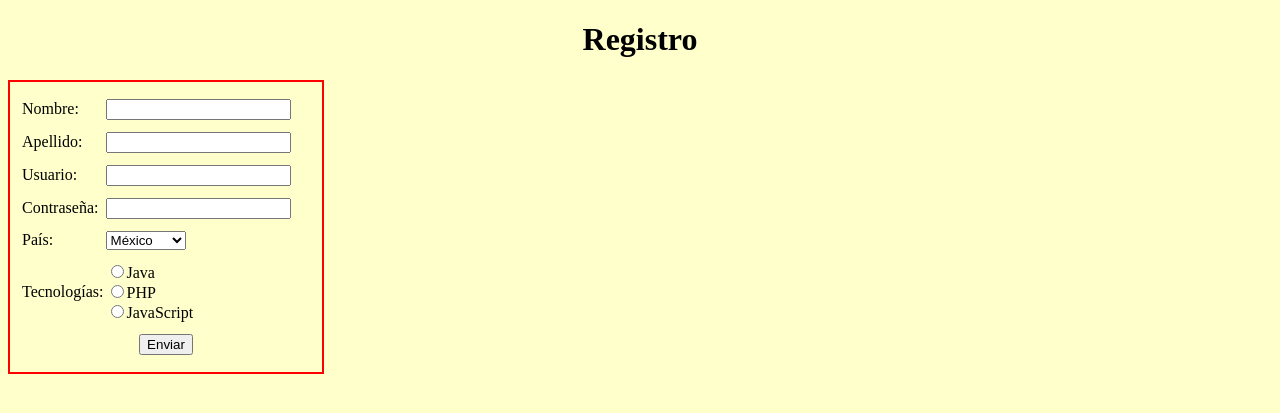
Repository: jchemile/varios
Page: pildoras_informaticas/javaee/Primeros_pasos_JSP/WebContent/Formuario_Login.html
An editor plug-in stored every save of this project. The page is shown before and after the next save, followed by the edit.
The browser window is 1280 px wide. The pictures show the whole page.

Above is the page before, as saved 2020-04-20 06:30:58.

After the next save:
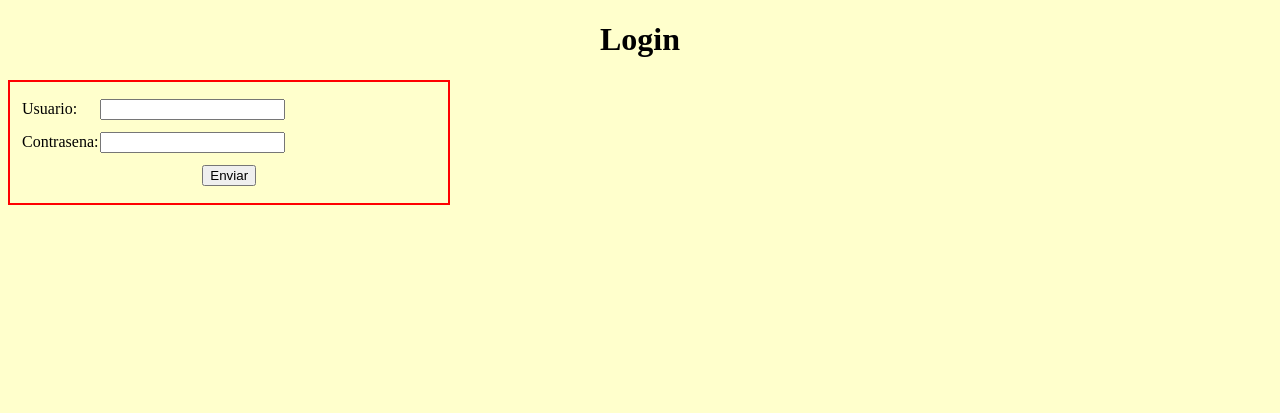
Saved 20 h 35 min later.
--- a/pildoras_informaticas/javaee/Primeros_pasos_JSP/WebContent/Formuario_Login.html
+++ b/pildoras_informaticas/javaee/Primeros_pasos_JSP/WebContent/Formuario_Login.html
@@ -24,59 +24,19 @@ td{
 </head>
 
 <body>
-<h1 style = "text-align:center">Registro</h1>
-<form action="Recoge_datos.jsp" method = "get">
-	<table width="25%">
+<h1 style = "text-align:center">Login</h1>
+<form action="Comprueba_Usuario.jsp" method = "post">
+	<table width="35%" border="0">
 
 	  <tr>
-		<td width="13%"><label for="nombre">Nombre: </label></td>
-		<td width="87%"><input type="text" name ="nombre" id = "nombre"></td>
+		<td width="13%"><label for="usuario">Usuario: </label></td>
+		<td width="87%"><input type="text" name ="usuario" id = "usuario"></td>
 	  </tr>
 
 	  <tr>
-	  	<td><label for = "apellido">Apellido: </label></td>
-	  	<td><input type = "text" name = "apellido" id="apellido"></td>
+	  	<td><label for = "contra">Contrasena: </label></td>
+	  	<td><input type = "text" name = "contra" id="contra"></td>
 	  </tr>
-
-	  <tr>
-	  	<td><label for = "usuario">Usuario: </label></td>
-	  	<td><input type = "text" name = "usuario" id = "usuario"></td>
-	  </tr>
-
-	  <tr>
-	  	<td><label for = "contra">Contraseña: </label></td>
-	  	<td><input type = "text" name = "contra" id = "contra"></td>
-	  </tr>
-
-	<tr>
-		<td><label for = "pais">País: </label></td>
-		<td><select name = "pais" id = "pais">
-			<option>México</option>
-			<option>Colombia</option>
-			<option>Chile</option>
-			<option>Perú</option>
-			<option>Argentina</option>
-		    <option>España</option>
-		</select></td>
-	</tr>
-
-	<tr>
-		<td>Tecnologías: </td>
-		<td>
-			<label>
-			<input type = "radio" name="tecnologias" value="Java" id="tecnologia_0">Java
-			</label> <br>
-
-			<label>
-			<input type = "radio" name="tecnologias" value="PHP" id="tecnologia_1">PHP
-			</label> <br>
-
-			<label>
-			<input type = "radio" name="tecnologias" value="JavaScript" id="tecnologia_2">JavaScript
-			</label>
-		</td>
-	</tr>
-
 	<tr>
 		<td colspan="2" align="center"><input type = "submit" name = "button" id = "button" value = "Enviar"></td>
 	</tr>
